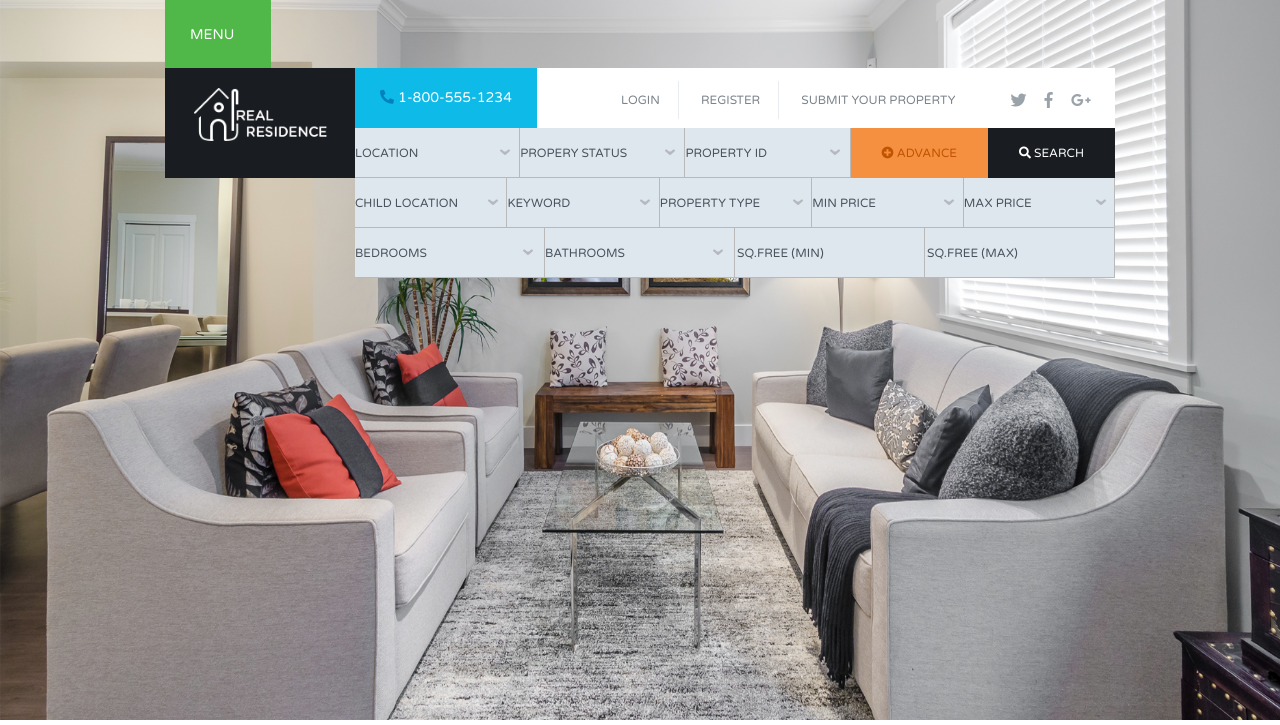
Repository: shuffleaz/psd-htmlcss
Page: index.html
An editor plug-in stored every save of this project. The page is shown before and after the next save, followed by the edit.
The browser window is 1280 px wide. The pictures show the whole page.

Above is the page before, as saved 2019-02-27 11:14:31.

### index.html
<!DOCTYPE html>
<html lang="en">
<head>
    <meta charset="UTF-8">
    <meta name="viewport" content="width=device-width, initial-scale=1.0">
    <meta http-equiv="X-UA-Compatible" content="ie=edge">
    <title>Real Residence</title>
    <link rel="stylesheet" href="assets/css/default.css">
</head>
<body>

<header class="homepage">
    <div class="container">
        <div class="row">
            <div class="homepage-menu">
                <div class="homepage-menu-menubutton">
                    <a href="">MENU</a>
                </div>
                <div class="homepage-menu-hover">
                    <ul class="homepage-menu-hover-list">
                        <li><a href="#">HOME</a></li>
                        <li><a href="#">LISTING</a></li>
                        <li><a href="#">PROPERTY</a></li>
                        <li><a href="#">NEWS</a></li>
                        <li><a href="#">GALLERY</a></li>
                        <li><a href="#">PAGES</a></li>
                        <li><a href="#">TYPES</a></li>
                        <li><a href="#">CONTACT US</a></li>
                        <li class="close-button">
                            <a href="#">
                                <i class="fas fa-times-circle"></i>
                            </a>
                        </li>
                    </ul>
                </div>
            </div>
            <div class="homepage-details">
                <div class="homepage-details-logo">
                    <div class="homepage-details-logo-area">
                        <img src="assets/img/logo.png" alt="Real Residence Logo">
                    </div>
                </div>
                <div class="homepage-details-searchbar">
                    <div class="homepage-details-searchbar-up">
                        <div class="homepage-details-searchbar-up-contact">
                            <div class="contact-area">
                                <i class="fa fa-phone""></i> 1-800-555-1234
                            </div>
                        </div>
                        <div class="homepage-details-searchbar-menu">
                            <ul class="searchbar-list">
                                <li><a href="">LOGIN</a></li>
                                <li><a href="">REGISTER</a></li>
                                <li><a href="">SUBMIT YOUR PROPERTY</a></li>
                            </ul>
                            <ul class="searchbar-social-links">
                                <li><a href=""><i class="fab fa-twitter"></i></a></li>
                                <li><a href=""><i class="fab fa-facebook-f"></i></a></li>
                                <li><a href=""><i class="fab fa-google-plus-g"></i></a></li>
                            </ul>
                        </div>
                    </div>
                    <div class="homepage-details-searchbar-down">
                        <div class="searchbar-down-select-form">
                            <select name="">
                                <option value="">Location</option>
                            </select>
                        </div>
                        <div class="searchbar-down-select-form">
                            <select name="">
                                <option value="">Propery Status</option>
                            </select>
                        </div>
                        <div class="searchbar-down-select-form">
                            <select name="">
                                <option value="">Property Id</option>
                            </select>
                        </div>
                        <div class="searchbar-down-button">
                            <div class="searchbar-down-button-first">
                                <a href="">
                                    <i class="fas fa-plus-circle"></i> ADVANCE
                                </a>
                            </div>
                            <div class="searchbar-down-button-second">
                                <a href="">
                                    <i class="fas fa-search"></i> SEARCH
                                </a>
                            </div>
                        </div>
                    </div>
                </div>
            </div>
            <div class="homepage-details-searchbar-footer">
                <div class="homepage-details-searchbar-flex-first"></div>
                <div class="homepage-details-searchbar-flex-second">
                    <div class="homepage-details-searchbar-footer-up">
                        <div class="searchbar-footer-select-form">
                            <select name="">
                                <option value="">Child Location</option>
                            </select>
                        </div>
                        <div class="searchbar-footer-select-form">
                            <select name="">
                                <option value="">Keyword</option>
                            </select>
                        </div>
                        <div class="searchbar-footer-select-form">
                            <select name="">
                                <option value="">Property Type</option>
                            </select>
                        </div>
                        <div class="searchbar-footer-select-form-divide">
                            <div class="searchbar-footer-select-form-divide-first">
                                <select name="">
                                    <option value="">Min Price</option>
                                </select>
                            </div>
                            <div class="searchbar-footer-select-form-divide-second">
                                <select name="">
                                    <option value="">Max Price</option>
                                </select>
                            </div>
                        </div>
                    </div>
                    <div class="homepage-details-searchbar-footer-down">
                        <div class="searchbar-footer-down-select-form">
                            <select name="">
                                <option value="">Bedrooms</option>
                            </select>
                        </div>
                        <div class="searchbar-footer-down-select-form">
                            <select name="">
                                <option value="">Bathrooms</option>
                            </select>
                        </div>
                        <div class="searchbar-footer-down-select-form no-arrow">
                            <input type="text" name="" placeholder="SQ.FREE (MIN)">
                        </div>
                        <div class="searchbar-footer-down-select-form no-arrow">
                            <input type="text" name="" placeholder="SQ.FREE (MAX)">
                        </div>
                    </div>
                </div>
            </div>
        </div>
    </div>
</header>


<div class="slider-image">
    <ul class="slider-image-items">
        <li>
            <img src="assets/img/slider_image.png" alt="">
        </li>
    </ul>
</div>


</body>
</html>

### assets/css/default.css
@import url('https://fonts.googleapis.com/css?family=Varela+Round');
@import url('https://use.fontawesome.com/releases/v5.7.1/css/all.css');
@import url('variable.css');
@import url('home.css');

### assets/css/variable.css
:root {
    --green:#50b848;
    --dark: #191c20;
    --blue: #0dbae8;
    --gray: #9aa2aa;
    --light: #e9edf1;
    --darkgray: #4a525d;
    --font: 'Varela Round', sans-serif;
}

body,html {
    margin:0;
    padding:0;
    line-height: 120%;
    font-size:16px;
    font-family: var(--font);
}

a {
    text-decoration: none;
}

ul {
    list-style: none;
    margin-top:0;
    margin-left:0;
    padding-top:0;
    padding-left:0;
    padding-bottom:0;
    margin-bottom:0;
}

input,button,textarea {
    outline:none;
}


.container {
    width:980px;
    margin-left:auto;
    margin-right:auto;
}

.row {
    padding-left:15px;
    padding-right:15px;
}

select {
    cursor: pointer;
}

.no-arrow {
    background-image: none !important;
}

### assets/css/home.css
.slider-image {
    width:100vw;
    height:100vh;
}

.slider-image ul li {
    display:inline-block;
}

.slider-image ul li img {
    width:100%;
    height:100vh;
}


/* Header - Saytın Başlığı */
header.homepage {
    position:absolute;
    left:0;
    right:0;
}


/* Header/Menu- Menyu Hissəsi */
.homepage-menu {
    display:flex;
    flex-direction: row;
    height:68px;
}

.homepage-menu .homepage-menu-menubutton {
    background-color:var(--green);
    flex:1;
}

.homepage-menu .homepage-menu-menubutton a{
    color:white;
    padding:25px;
    display: inline-block;
    font-size:14px;
}

.homepage-menu .homepage-menu-hover {
    background-color:var(--green);
    flex:8;
    opacity: 0;
}

.homepage-menu .homepage-menu-hover ul.homepage-menu-hover-list {
    padding:14px;
}

.homepage-menu .homepage-menu-hover ul.homepage-menu-hover-list li {
    display: inline-block;
    padding:11px 14px;
}

.homepage-menu .homepage-menu-hover ul.homepage-menu-hover-list li.close-button {
    float:right;
}

.homepage-menu .homepage-menu-hover ul.homepage-menu-hover-list li.close-button:hover {
    background-color:transparent;
    color:#20671b;
    opacity: 0.9;
}

.homepage-menu .homepage-menu-hover ul.homepage-menu-hover-list li.close-button a {
    font-size:18px;
}

.homepage-menu .homepage-menu-hover ul.homepage-menu-hover-list li:hover {
    background-color:#20671b;
}

.homepage-menu .homepage-menu-hover ul.homepage-menu-hover-list li:hover a {
    color:white;
}

.homepage-menu .homepage-menu-hover ul.homepage-menu-hover-list li:last-child {
    margin-right:0;
}

.homepage-menu .homepage-menu-hover ul.homepage-menu-hover-list li a {
    font-size:14px;
    color:#20671b;
}

/* Header Details - Başlıq Detayları */
.homepage-details {
    display:flex;
    flex-direction: row;
}

.homepage-details .homepage-details-logo {
    flex:2;
    background-color:var(--dark);
    height:110px;
}

.homepage-details .homepage-details-logo .homepage-details-logo-area {
    display: flex;
    justify-content: center;
    padding-top:20px;
}

.homepage-details .homepage-details-logo .homepage-details-logo-area img {
    width:70%;
    object-fit: contain;
}


.homepage-details .homepage-details-searchbar {
    flex:8;
}

.homepage-details .homepage-details-searchbar {
    display: flex;
    flex-direction: column;
}

.homepage-details-searchbar .homepage-details-searchbar-up {
    background:red;
    display: flex;
    flex-direction: row;
    height:60px;
}

.homepage-details-searchbar .homepage-details-searchbar-down {
    background:green;
}

.homepage-details-searchbar .homepage-details-searchbar-up .homepage-details-searchbar-up-contact {
    flex:2.4;
    background-color: var(--blue);
    display: flex;
    justify-content: center;
}

.homepage-details-searchbar-up-contact .contact-area {
    align-self: center;
    color:white;
    font-size:14px;
}

.homepage-details-searchbar-up-contact .contact-area i {
    transform: scaleX(-1);
    color:#0081bd;
}

.homepage-details-searchbar .homepage-details-searchbar-up .homepage-details-searchbar-menu {
    flex:7.6;
    background-color: white;
    display: flex;
    flex-direction: row;
    justify-content: flex-end;
}

.homepage-details-searchbar-menu ul.searchbar-list {
    padding:13px;
}

.homepage-details-searchbar-menu ul.searchbar-list li {
    display: inline-block;
    padding:9px 18px;
    border-right:1px solid var(--light);
}

.homepage-details-searchbar-menu ul.searchbar-list li a {
    font-size:12px;
    color:#7c848b;
    transition: all 0.3s ease-in;
}

.homepage-details-searchbar-menu ul.searchbar-list li:hover a {
    color:black;
}

.homepage-details-searchbar-menu ul.searchbar-list li:last-child {
    border-right:0;
}

.homepage-details-searchbar-menu ul.searchbar-social-links {
    padding:24px;
}

.homepage-details-searchbar-menu ul.searchbar-social-links li {
    display: inline-block;
    margin-right:14px;
}

.homepage-details-searchbar-menu ul.searchbar-social-links li:last-child {
    margin-right:0;
}

.homepage-details-searchbar-menu ul.searchbar-social-links li a {
    color:#9aa2aa;
    transition: all 0.3s ease-in;
}

.homepage-details-searchbar-menu ul.searchbar-social-links li:hover a {
    color:black;
}


.homepage-details-searchbar-down {
    height: 50px;
}

.homepage-details-searchbar-down, .searchbar-down-button {
    display:flex;
    flex-direction: row;
}
.searchbar-down-select-form, .searchbar-footer-select-form {
    background-color:#dfe7ee;
    background-image: url(../img/arrow.png);
    background-repeat: no-repeat;
    background-position-x:94%;
    background-position-y:21px;
    background-size:10px;
    border-bottom:1px solid #b9b9b9;
    border-right:1px solid #b9b9b9;
    padding-top:15px;
    padding-bottom:15px;
    flex:1;
}


.searchbar-down-select-form select, .searchbar-footer-select-form select {
    font-size:12px;
    text-align: left;
    color:#4a525d;
    font-family: var(--font);
    text-transform: uppercase;
    border:none;
    background-color:transparent;
    outline: none;
    -webkit-appearance: none;
    -moz-appearance:none;
}

.searchbar-down-button-first, .searchbar-down-button-second {
    padding:15px 31px;
}

.searchbar-down-button-first {
    background-color:#f4903f;
}

.searchbar-down-button-first:hover {
    opacity: 0.8;
}

.searchbar-down-button-first a {
    color:#c15302;
    font-size:12px;
}
.searchbar-down-button-second {
    background-color: var(--dark);
}
.searchbar-down-button-second:hover {
    opacity: 0.8;
}
.searchbar-down-button-second a{
    color:white;
    font-size:12px;
}

.homepage-details-searchbar-footer {
    display: flex;
    flex-direction: row;
}

.homepage-details-searchbar-flex-first {
    flex:2;
}

.homepage-details-searchbar-flex-second {
    flex:8;
}

.homepage-details-searchbar-footer-up {
    display:flex;
}

.homepage-details-searchbar-footer-down {
    display: flex;
}

.searchbar-footer-select-form-divide {
    display:flex;
    flex:2;
}

.searchbar-footer-select-form-divide-first, .searchbar-footer-select-form-divide-second, .searchbar-footer-down-select-form  {
    background-color:#dfe7ee;
    background-image: url(../img/arrow.png);
    background-repeat: no-repeat;
    background-position-x:94%;
    background-position-y:21px;
    background-size:10px;
    border-bottom:1px solid #b9b9b9;
    border-right:1px solid #b9b9b9;
    padding-top:15px;
    padding-bottom:15px;
    flex:1;
}

.searchbar-footer-select-form-divide-first select, .searchbar-footer-select-form-divide-second select, .searchbar-footer-down-select-form select {
    font-size:12px;
    text-align: left;
    color:#4a525d;
    font-family: var(--font);
    text-transform: uppercase;
    border:none;
    background-color:transparent;
    outline: none;
    -webkit-appearance: none;
    -moz-appearance:none;
}

.searchbar-footer-down-select-form-padding {
    padding-left:20px;
    padding-right:67px;
}

.searchbar-footer-down-select-form input {
    background-color:transparent;
    border:none;
    font-size:12px;
    text-align: left;
    color:#4a525d;
    font-family: var(--font);
    text-transform: uppercase;
}
.searchbar-footer-down-select-form input::-webkit-input-placeholder {
    color:#4a525d;
}

After the next save:
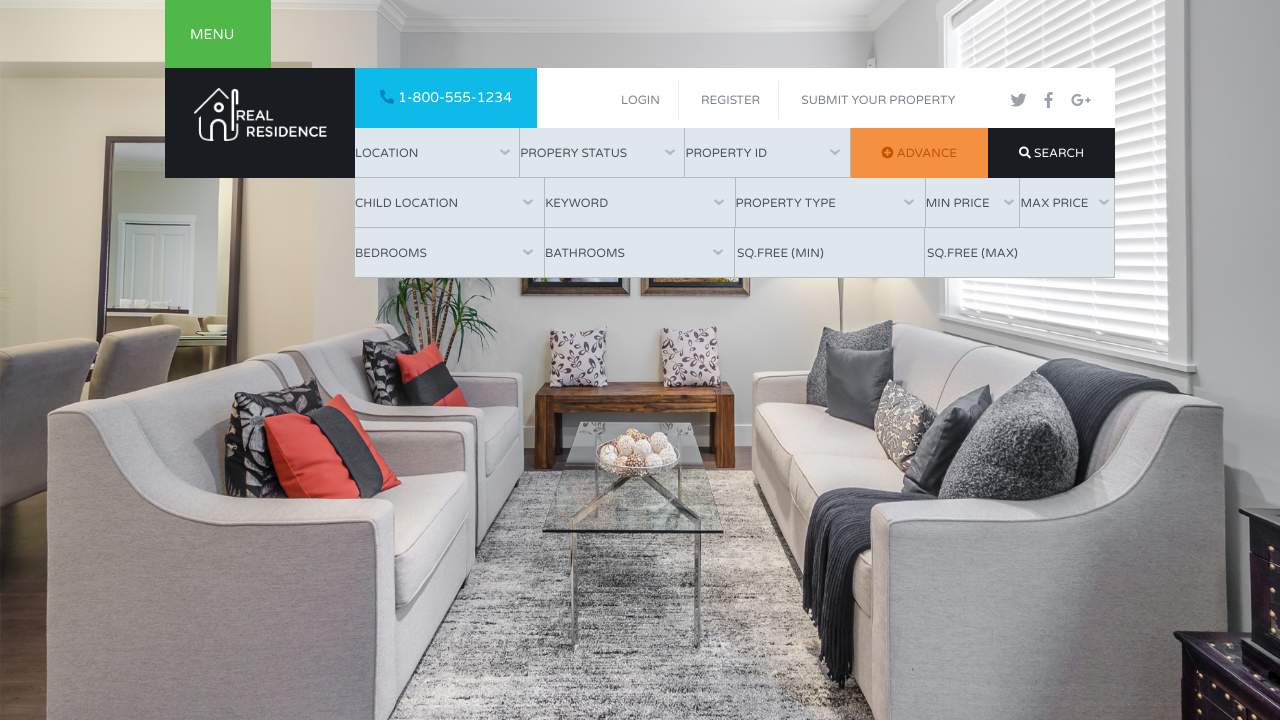
Saved 87 s later.
--- a/assets/css/home.css
+++ b/assets/css/home.css
@@ -289,7 +289,7 @@ header.homepage {
 
 .searchbar-footer-select-form-divide {
     display:flex;
-    flex:2;
+    flex:1;
 }
 
 .searchbar-footer-select-form-divide-first, .searchbar-footer-select-form-divide-second, .searchbar-footer-down-select-form  {
